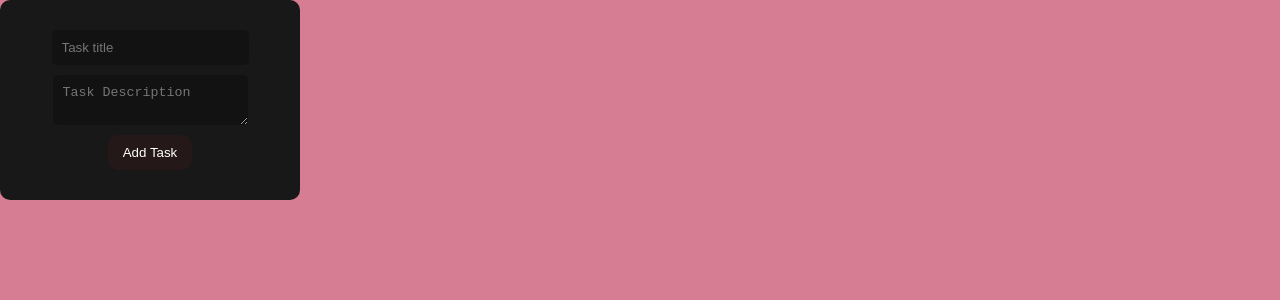
Repository: Sandeepji-5/Kanban-board
Page: index.html
The author's editor kept a copy of each file at every save. The page is drawn from the files as they stood at one save, then again after the next save.
The browser window is 1280 px wide. The pictures show the whole page.

Above is the page before, as saved 2025-12-09 15:21:01.

After the next save:
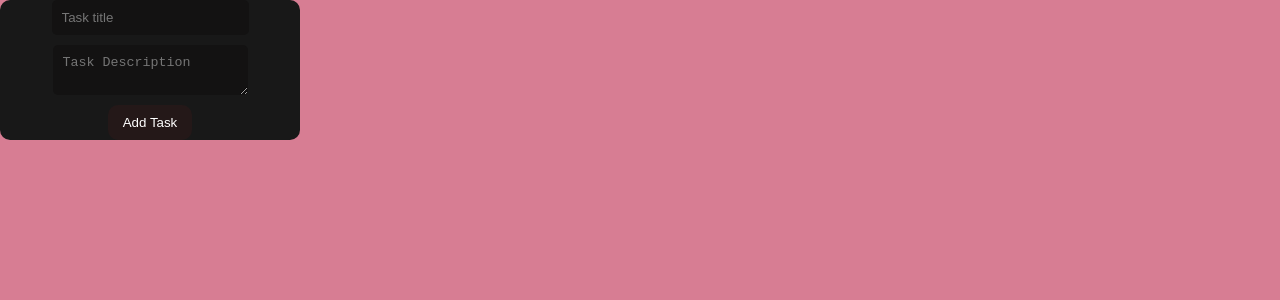
Saved 15 s later.
--- a/style.css
+++ b/style.css
@@ -160,7 +160,7 @@ section .task-column .task button{
 
 .modal .center{
     background-color: var(--bg-button-color);
-    padding: var(--padding-xxl);
+
     border-radius: var(--border-radius-m);
     display: flex;
     flex-direction: column;
